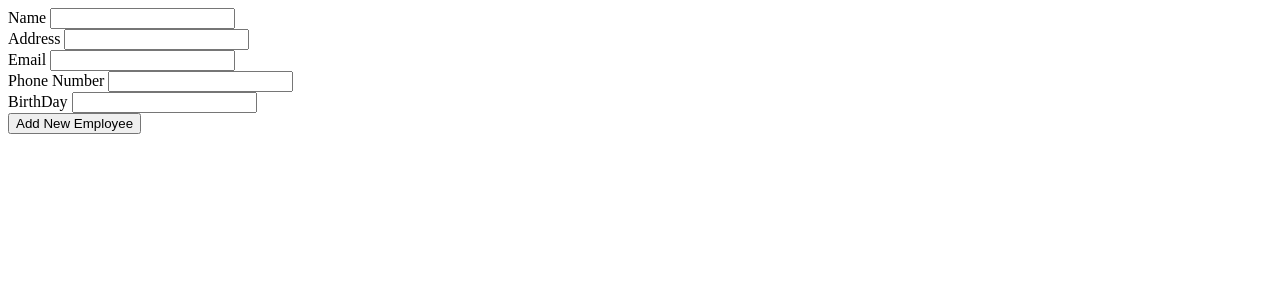
Repository: IT20643218/Employee-Management-System-OOP-Project-20-Y2S2
Page: http://localhost/EmployeeDemo/EmployeeInsert.jsp
An editor plug-in stored every save of this project. The page is shown before and after the next save, followed by the edit.
The browser window is 1280 px wide. The pictures show the whole page.
The page is served by Tomcat 9. Nobody is signed in. The application's start-up code is not run.

Above is the page before, as saved 2021-09-27 18:24:52.

After the next save:
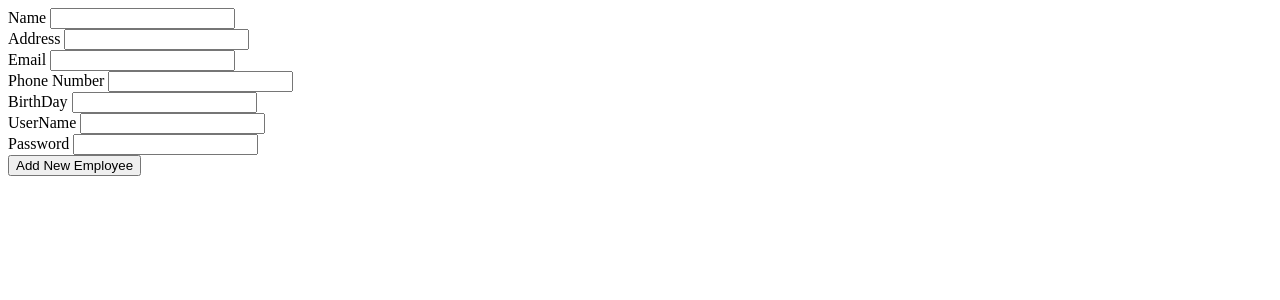
Saved 109 s later.
--- a/Java_Project/EmployeeDemo/src/main/webapp/EmployeeInsert.jsp
+++ b/Java_Project/EmployeeDemo/src/main/webapp/EmployeeInsert.jsp
@@ -14,6 +14,8 @@
 	Email <input type="text" name="Email"><br>
 	Phone Number <input type="text" name="PhoneNumber"><br>
 	BirthDay <input type="text" name="Birthday"><br>
+	UserName <input type="text" name="username"><br>
+	Password <input type="text" name="pass"><br>
 
 	<input type="submit" name="submit" value="Add New Employee">
 
